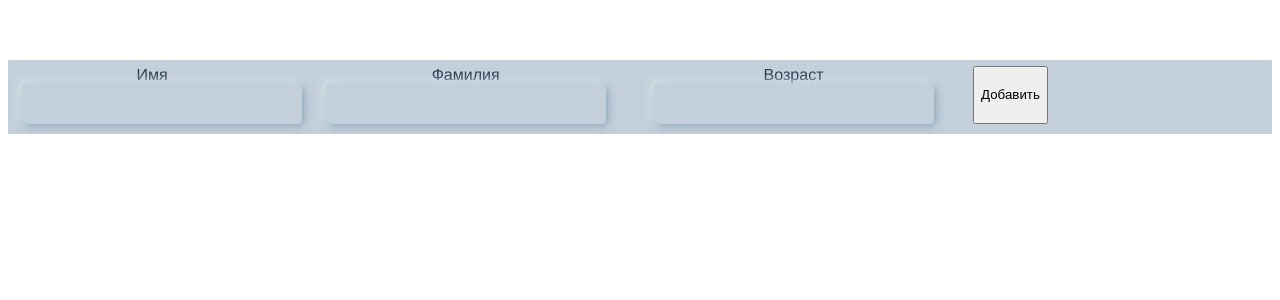
Repository: shum89/test-vue-table
Page: /
An editor plug-in stored every save of this project. The page is shown before and after the next save, followed by the edit.
The browser window is 1280 px wide. The pictures show the whole page.
The project was rebuilt for these pictures with package versions that can differ from the ones it lists, and the page was loaded fresh each time. Also part of the build but not shown: vue.config.js.

Above is the page before, as saved 2021-07-18 15:46:57.

### src/App.vue
<template>
  <Form @submit="addData" />
  <Table @remove="removeData" :list="list" />
</template>
<script>
import { uuid } from 'vue-uuid';
import { ref } from 'vue';
import Form from './components/Form.vue';
import Table from './components/Table.vue';

export default {
  components: { Form, Table },
  setup() {
    const list = ref([]);

    const normalizeString = (str) => {
      const result = str.charAt(0).toUpperCase() + str.slice(1).toLowerCase();
      return result;
    };

    const addData = (person) => {
      list.value.push({
        firstName: normalizeString(person.firstName),
        lastName: normalizeString(person.lastName),
        age: person.age,
        id: uuid.v1(),
      });
    };

    const removeData = (id) => {
      list.value = list.value.filter((i) => i.id !== id);
    };

    return {
      list,
      addData,
      removeData,
    };
  },
};
</script>
<script></script>

<style>
body {
  --base: #090e10;
  --base1: #ebeff3;
  --base2: #c3d0db;
  --base3: #88a1b7;
  --baseDark1: #396387;
  --baseDark2: #204566;
  --baseDark3: #152e44;
  --base-shadow: inset 0px 0px 0px var(--base3), inset 0px 0px 0px var(--base1),
    4px 4px 9px var(--base3), -4px -4px 9px var(--base1);
  --base-shadow-active: inset 4px 4px 9px var(--base3), inset -4px -4px 6px var(--base1),
    2px 2px 9px var(--base3), -2px -2px 9px var(--base1);
  --input-shadow: 2px 2px 9px var(--base3), -2px -2px 9px var(--base1);
  --input-shadow-active: inset 2px 2px 6px var(--base3), inset -2px -2px 6px var(--base1),
    1px 1px 6px var(--base3), -1px -1px 6px var(--base1);
  --shadow-transition: all 0.25s cubic-bezier(0.17, 0.67, 0.83, 0.67);
}
fieldset {
  border: none;
}
#app {
  font-family: Avenir, Helvetica, Arial, sans-serif;
  -webkit-font-smoothing: antialiased;
  -moz-osx-font-smoothing: grayscale;
  text-align: center;
  color: #2c3e50;
  margin-top: 60px;
  background: var(--base2);
  box-sizing: border-box;
}
.table__row-group {
  display: flex;
  align-items: center;
  flex-direction: column;
}
.table__row {
  display: grid;
  gap: 5px;
  grid-template-columns: repeat(3, 1fr);
  justify-content: center;
  max-width: 500px;
  width: 100%;
}
</style>

### src/components/Form.vue
<template>
  <form @submit.prevent="onSubmit">
    <fieldset class="form__fieldset">
      <label for="firstName">
        <span>Имя</span>
        <input class="form__input" v-model="person.firstName" type="text" id="firstName" />
      </label>

      <label for="lastName">
        <span>Фамилия</span>
        <input class="form__input" v-model="person.lastName" type="text" id="lastName" />
      </label>

      <label for="age">
        <span>Возраст</span>
        <input class="form__input" v-model="person.age" type="number" id="age" />
      </label>

      <button type="submit">Добавить</button>
    </fieldset>
  </form>
</template>

<script>
import { reactive } from 'vue';

export default {
  setup(_, { emit }) {
    const person = reactive({
      firstName: '',
      lastName: '',
      age: '',
    });
    const onSubmit = () => {
      emit('submit', person);
    };

    return { onSubmit, person };
  },

  name: 'Form',
  inheritAttrs: false,
};
</script>

<style scoped>
.form__input {
  border: none;
  appearance: none;
  width: 100%;
  max-width: 250px;
  border-radius: 10px;
  font-size: 15px;
  line-height: 20px;
  min-height: 20px;
  padding: 10px 15px;
  background: var(--base2);
  box-shadow: var(--input-shadow);
  border-radius: 5px;
  transition: var(--shadow-transition);
}
.form__input:focus-within {
  transition: var(--shadow-transition);
  box-shadow: var(--input-shadow-active);
  border: var(--baseDark3);
  outline: 0;
}
.form__fieldset {
  display: flex;
  gap: 35px;
}
.form__submit {
  border-radius: 10px;
  padding: 10px 15px;
  max-width: 500px;
  font-size: 12px;
  line-height: 22px;
  font-weight: 900;
  text-transform: uppercase;
  transition: var(--shadow-transition);
  width: fit-content;
  color: var(--baseDark2);
  background: var(--base2);
  border: 2px solid var(--base2);
  box-shadow: var(--base-shadow);
}
.form__submit:active {
  outline: none;
  box-shadow: var(--base-shadow-active);
  color: var(--baseDark2);
  border-color: var(--base3);
}
</style>

### src/components/Table.vue
<template>
  <div v-if="list.length > 0" class="table" role="grid" aria-colcount="3">
    <div class="table__row-group" role="rowgroup">
      <div class="table__row" role="row">
        <span role="columnheader" aria-colindex="1">First Name</span>
        <span role="columnheader" aria-colindex="2">Last Name</span>
        <span role="columnheader" aria-colindex="3">Age</span>
      </div>
    </div>
    <div class="table__row-group" role="rowgroup">
      <div class="table__row" v-for="listItems in list" :key="listItems.id" role="row">
        <div aria-colindex="1" role="gridcell">
          <span> {{ listItems.firstName }}</span>
        </div>
        <div aria-colindex="2" role="gridcell">
          <span> {{ listItems.lastName }}</span>
        </div>
        <div aria-colindex="3" role="gridcell">
          <span>{{ listItems.age }}</span>
        </div>
        <button @click="removeData(listItems.id)">X</button>
      </div>
    </div>
  </div>
</template>

<script>
export default {
  props: {
    list: Array,
  },
  setup(_, { emit }) {
    const removeData = (id) => {
      emit('remove', id);
    };
    return { removeData };
  },
  name: 'Table',
};
</script>

<style></style>

Loaded but not shown: public/index.html (common file); src/main.js (common file)

After the next save:
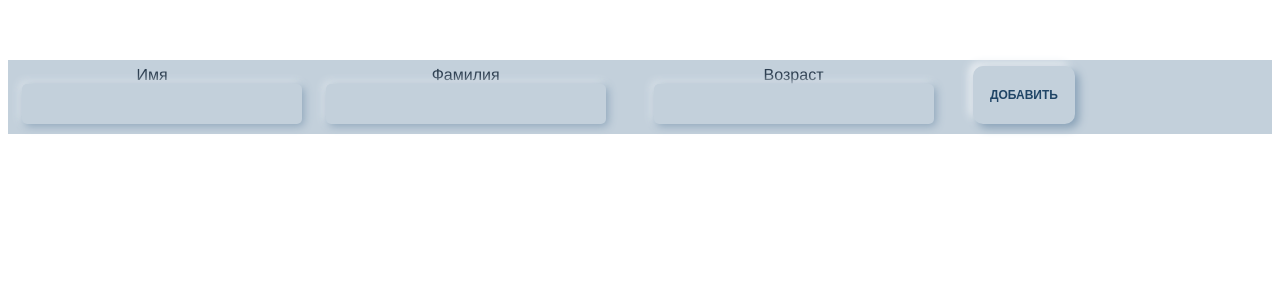
Saved 26 s later.
--- a/src/components/Form.vue
+++ b/src/components/Form.vue
@@ -16,7 +16,7 @@
         <input class="form__input" v-model="person.age" type="number" id="age" />
       </label>
 
-      <button type="submit">Добавить</button>
+      <button class="form__submit" type="submit">Добавить</button>
     </fieldset>
   </form>
 </template>
